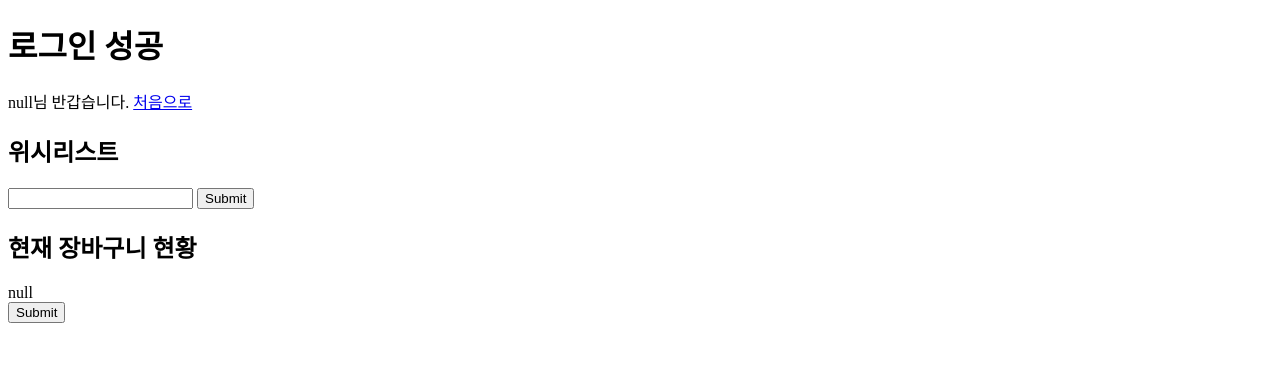
Repository: roadtofuture/woorifisa_java
Page: http://localhost/web_day3/login/loginResult.jsp
The author's editor kept a copy of each file at every save. The page is drawn from the files as they stood at one save, then again after the next save.
The browser window is 1280 px wide. The pictures show the whole page.
The page is served by Tomcat 9. Other server files are loaded and not shown.

Above is the page before, as saved 2023-06-19 02:54:44.

### web_day3/src/main/webapp/login/loginResult.jsp
<%@ page language="java" contentType="text/html; charset=UTF-8"
	pageEncoding="UTF-8"%>
<!DOCTYPE html>
<html>
<head>
<meta charset="UTF-8">
<title>Insert title here</title>
</head>
<body>
	<h1>로그인 성공</h1>
	<%=session.getAttribute("loginName")%>님 반갑습니다.
	<a href="/web_day3/login/loginform.jsp">처음으로</a>

	<h2>위시리스트</h2>
	<form action="/web_day3/cart" method="post">
		<input type="text" name="product"> <input type="submit"
			name="담기">

	</form>

	<h2>현재 장바구니 현황</h2>
	<div>
		<%=session.getAttribute("cart")%>
		<!-- cart이름을 가진 걸 불러올거기 때문에 세션도 cart라는 이름으로 저장해야함 -->
	</div>
	<form action="/web_day3/buy" method="post">
		<input type="submit" name="구매하기">
	</form>
</body>
</html>

After the next save:
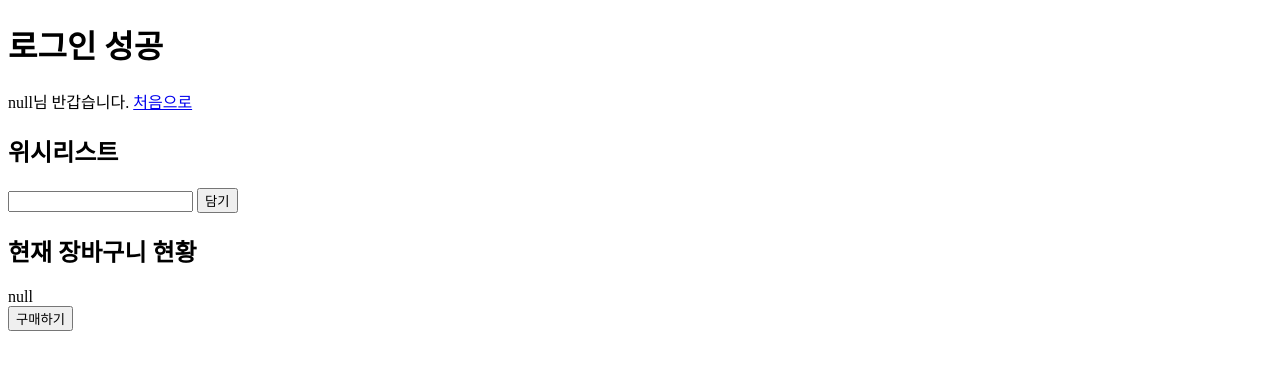
Saved 3 min 44 s later.
--- a/web_day3/src/main/webapp/login/loginResult.jsp
+++ b/web_day3/src/main/webapp/login/loginResult.jsp
@@ -14,7 +14,7 @@
 	<h2>위시리스트</h2>
 	<form action="/web_day3/cart" method="post">
 		<input type="text" name="product"> <input type="submit"
-			name="담기">
+			value="담기">
 
 	</form>
 
@@ -24,7 +24,7 @@
 		<!-- cart이름을 가진 걸 불러올거기 때문에 세션도 cart라는 이름으로 저장해야함 -->
 	</div>
 	<form action="/web_day3/buy" method="post">
-		<input type="submit" name="구매하기">
+		<input type="submit" value="구매하기">
 	</form>
 </body>
 </html>
